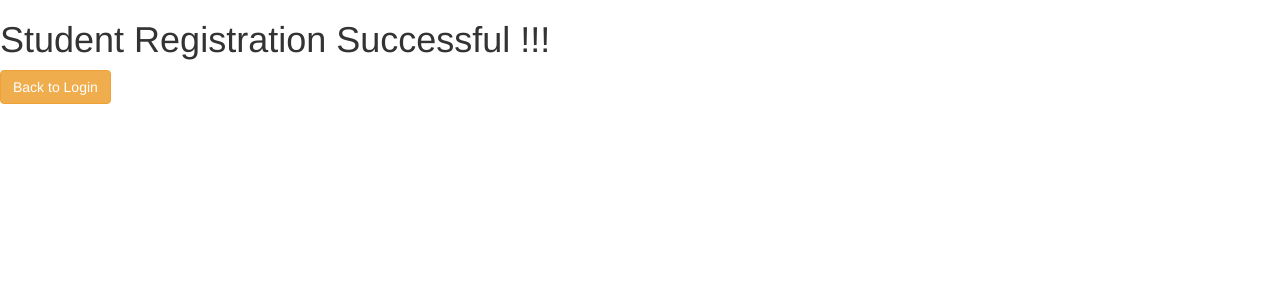
Repository: krutishilp/Sample
Page: JAVA-Eclipse-workspace/productmanagement-webapp/src/main/webapp/createProductSuccess.html
The author's editor kept a copy of each file at every save. The page is drawn from the files as they stood at one save, then again after the next save.
The browser window is 1280 px wide. The pictures show the whole page.

Above is the page before, as saved 2020-09-04 12:54:13.

### JAVA-Eclipse-workspace/productmanagement-webapp/src/main/webapp/createProductSuccess.html
<!DOCTYPE html>
<html>
<head>
<meta charset="ISO-8859-1">
<link rel="stylesheet"
	href="https://maxcdn.bootstrapcdn.com/bootstrap/3.3.7/css/bootstrap.min.css"
	integrity="sha384-BVYiiSIFeK1dGmJRAkycuHAHRg32OmUcww7on3RYdg4Va+PmSTsz/K68vbdEjh4u"
	crossorigin="anonymous">
</head>
<body>
<h1>Student Registration Successful !!!</h1>
<a class="btn btn-warning" href="index.jsp">Back to Login</a>
</body>
</html>

After the next save:
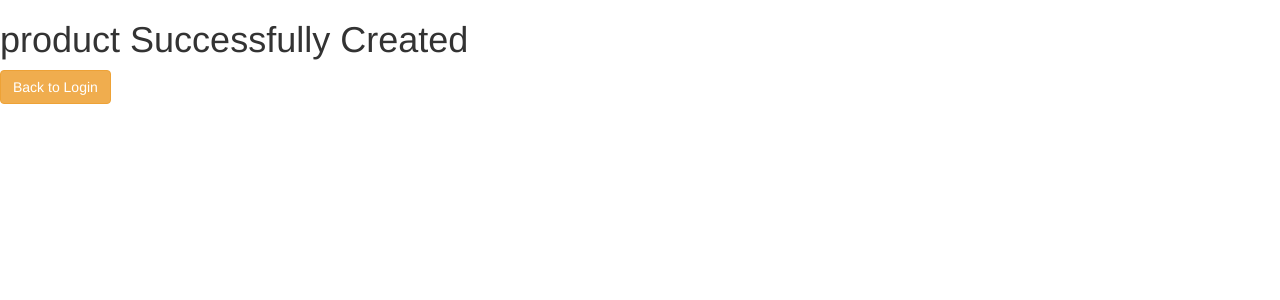
Saved 17 s later.
--- a/JAVA-Eclipse-workspace/productmanagement-webapp/src/main/webapp/createProductSuccess.html
+++ b/JAVA-Eclipse-workspace/productmanagement-webapp/src/main/webapp/createProductSuccess.html
@@ -8,7 +8,7 @@
 	crossorigin="anonymous">
 </head>
 <body>
-<h1>Student Registration Successful !!!</h1>
+<h1>product Successfully Created</h1>
 <a class="btn btn-warning" href="index.jsp">Back to Login</a>
 </body>
 </html>
